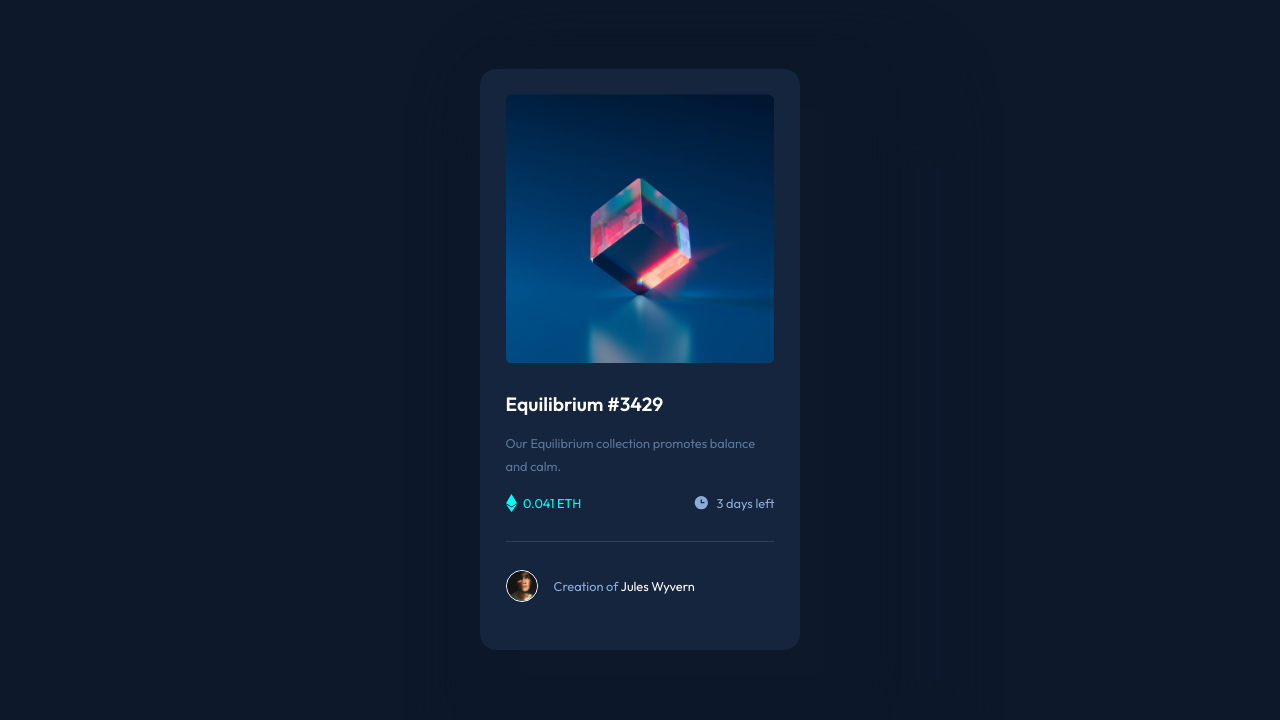
Repository: thaibaocoder1/nft-preview-card-component
Page: index.html
An editor plug-in stored every save of this project. The page is shown before and after the next save, followed by the edit.
The browser window is 1280 px wide. The pictures show the whole page.

Above is the page before, as saved 2023-01-06 19:08:15.

After the next save:
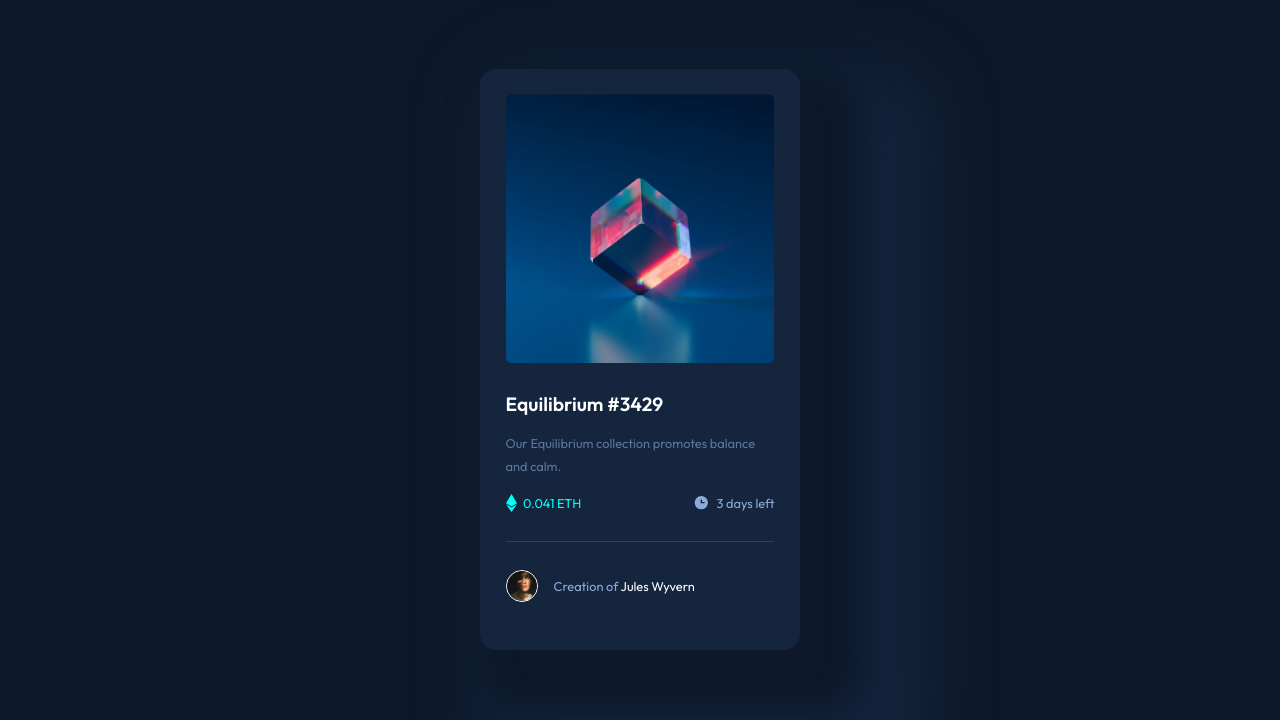
Saved 9 s later.
--- a/style.css
+++ b/style.css
@@ -29,7 +29,7 @@ body {
     text-align: center;
     border-radius: 1rem;
     box-shadow: 2rem 2rem 2rem 2rem var(--very-dark-blue-main),
-    4rem 4rem 4rem 4rem var(--very-dark-blue-main);
+    4rem 4rem 4rem 4rem var(--very-dark-blue-card);
 }
 .container .container-img {
     width: 20rem;
